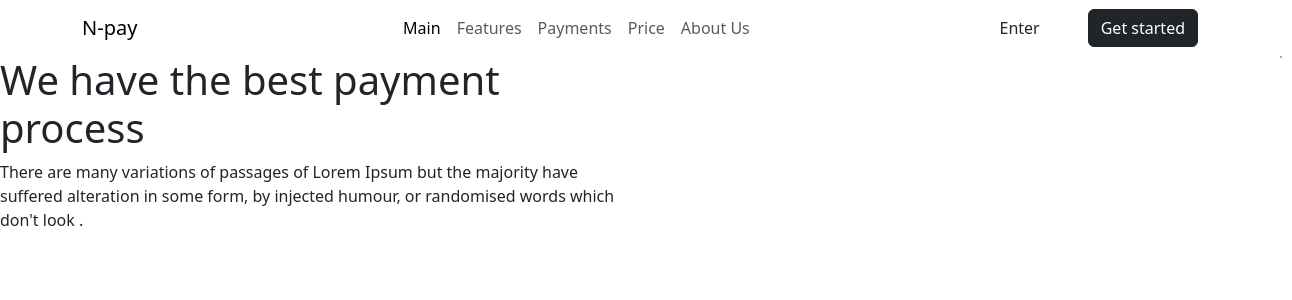
Repository: Senianga/N-pay
Page: index.html
An editor plug-in stored every save of this project. The page is shown before and after the next save, followed by the edit.
The browser window is 1280 px wide. The page is 1292 px wide, so the pictures cover 1292 px, including what lies to the right of the window. The pictures show the whole page.
The style sheet was rebuilt from its Sass, Less or Tailwind sources for each picture, by a compiler version that may differ from the author's.

Above is the page before, as saved 2023-05-01 15:04:18.

### index.html
<!doctype html>
<html lang="en">
  <head>
    <meta charset="utf-8">
    <meta name="viewport" content="width=device-width, initial-scale=1">
    <title>N-pay</title>
    <link rel="stylesheet" href="css/normalize.css">
    <link href="https://cdn.jsdelivr.net/npm/bootstrap@5.3.0-alpha3/dist/css/bootstrap.min.css" rel="stylesheet" integrity="sha384-KK94CHFLLe+nY2dmCWGMq91rCGa5gtU4mk92HdvYe+M/SXH301p5ILy+dN9+nJOZ" crossorigin="anonymous">
    <link rel="stylesheet" href="css/style.css">
  </head>
  <body>
    <header>
        <nav class="navbar navbar-expand-lg ">
            <div class="container">
              <a class="navbar-brand" href="#">N-pay</a>
              <button class="navbar-toggler" type="button" data-bs-toggle="collapse" data-bs-target="#navbarSupportedContent" aria-controls="navbarSupportedContent" aria-expanded="false" aria-label="Переключатель навигации">
                <span class="navbar-toggler-icon"></span>
              </button>
              <div class="collapse navbar-collapse" id="navbarSupportedContent">
                <ul class="navbar-nav ms-auto mb-2 mb-lg-0">
                  <li class="nav-item">
                      <a class="nav-link active" aria-current="page" href="#">Main</a>
                  </li>
                  <li class="nav-item">
                    <a class="nav-link"  href="#">Features</a>
                  </li>
                  <li class="nav-item">
                    <a class="nav-link" href="#">Payments</a>
                  </li>
                  <li class="nav-item dropdown">
                    <a class="nav-link" href="#" role="button" data-bs-toggle="dropdown" aria-expanded="false">
                      Price
                    </a>

                  </li>                 <li class="nav-item">
                    <a class="nav-link">About Us</a>
                  </li>
                </ul>
                <div class="bavbar-nav d-flex align-items-lg-center ms-auto mb-2 mb-lg-0">
                    <a class="nav-link me-5" href="#">Enter</a>
                    <button class="btn btn-dark ms-auto" type="submit">Get started</button>
                </div>
              </div>
            </div>
          </nav>
    </header>
    <main>
        <container-main class="bg-body-tertiary">
            <div class="row">
                <div class="d-flex">
                    <div class="content col-mg-6 col-sm-12">
                        <h1 class="col-5 align-items-center">
                            We have the best
                            payment process
                        </h1>
                        <p class="col-6">
                            There are many variations of passages of Lorem Ipsum
                            but the majority have suffered alteration in some form, by injected humour, or randomised words which don't look .
                        </p>
                    </div>
                    <div class="img ">
                        <img src="img/image.png" alt="Main picture" class="img-fluid col-md-6 col-sm-12 rounded float-start me-1">
                    </div>

                </div>

            </<div>

        </container-main>
    </main>




    <script src="https://cdn.jsdelivr.net/npm/bootstrap@5.3.0-alpha3/dist/js/bootstrap.bundle.min.js" integrity="sha384-ENjdO4Dr2bkBIFxQpeoTz1HIcje39Wm4jDKdf19U8gI4ddQ3GYNS7NTKfAdVQSZe" crossorigin="anonymous"></script>
  </body>
</html>
<!-- <div class="collapse navbar-collapse" id="navbarNav">
    <div class=" nav justify-content-center">
        <a class="nav-link active" aria-current="page" href="#">Main</a>
        <a class="nav-link" href="#">Featers</a>
        <a class="nav-link" href="#">Payments</a>
        <a class="nav-link" href="#">Price</a>
        <a class="nav-link" href="#">About Us</a>
    </div>
</div>
<div class="collapse navbar-collapse" id="navbarNav">
    <a class="nav-link" href="#">Enter</a>
    <button class="btn btn-outline-secondary" type="submit">Поиск</button>

</div>
</div>
</nav> -->

<!-- <div class="container">
    <nav class="navbar navbar-expand-lg bg-body-tertiary">
      <div class="container-fluid">
        <a class="navbar-brand bg-dark col-2 mb-0 h-1" href="#">N-pay</a>
            <button class="navbar-toggler" type="button" data-bs-toggle="collapse" data-bs-target="#navbarSupportedContent" aria-controls="navbarSupportedContent" aria-expanded="false" aria-label="N-pay">
                <span class="navbar-toggler-icon"></span>
            </button>
        <div class="collapse navbar-collapse bg-primary " id="navbarSupportedContent">
            <div class="navbar-nav">
                <a class="nav-link" href="#">Main</a>
                <a class="nav-link" href="#">Features</a>
                <a class="nav-link" href="#">Payments</a>
                <a class="nav-link" href="#">Price</a>
                <a class="nav-link" href="#">About Us</a>
            </div>

            <div class="nav justify-content-end bg-danger col-3">
                <a class="nav-link" href="#">Enter</a>
                <button class="btn btn-dark" type="submit">Get started</button>
            </div>
        </div>
    </nav>
  </div> -->

### style.scss
:root {
    --bg2: #F4F7FC;
}

Loaded but not shown: css/normalize.css (no stored copy; drawn as an empty file)

After the next save:
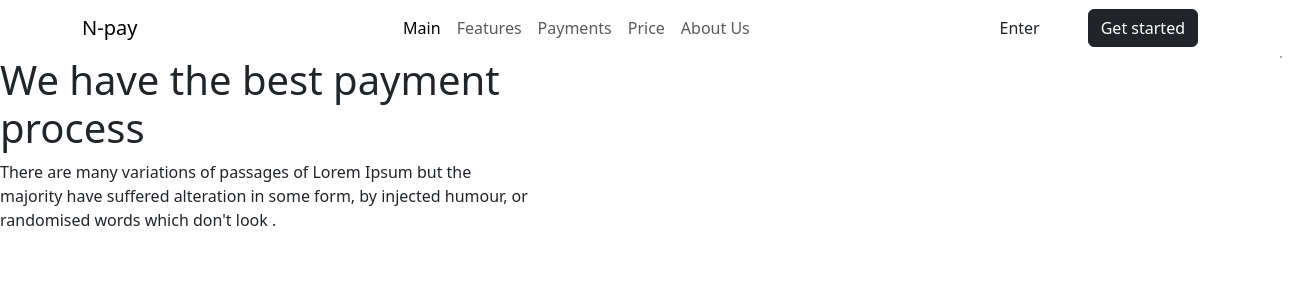
Saved 20 s later.
--- a/index.html
+++ b/index.html
@@ -53,7 +53,7 @@
                             We have the best
                             payment process
                         </h1>
-                        <p class="col-6">
+                        <p class="col-5">
                             There are many variations of passages of Lorem Ipsum
                             but the majority have suffered alteration in some form, by injected humour, or randomised words which don't look .
                         </p>
